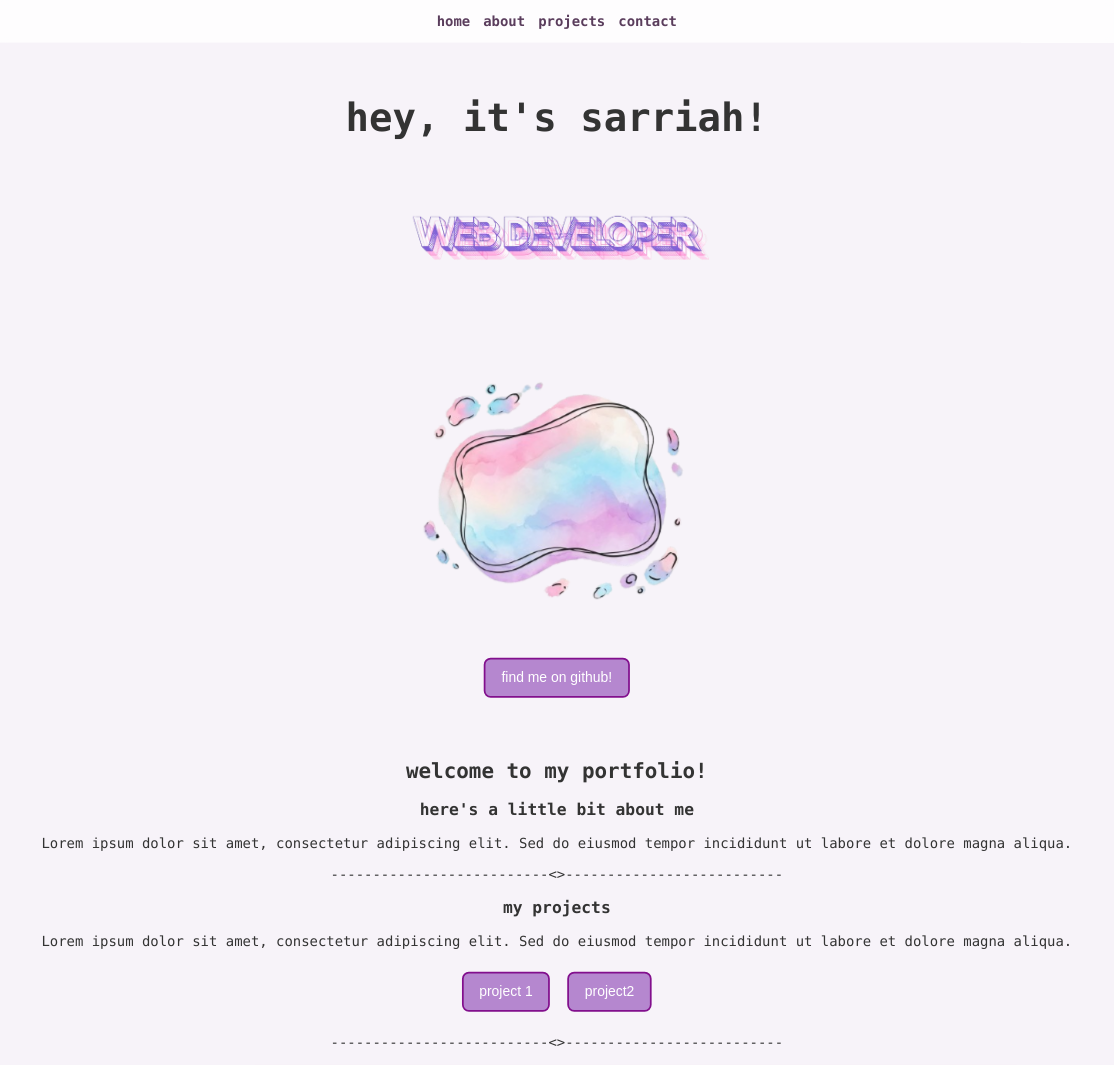
Repository: sarriah/sarriah
Page: homepage.html
These files come from the project's save history. The page is drawn as it stood at one moment and after the next save; the edit follows.
The browser window is 1280 px wide. The pictures show the whole page, at 87% of full size.

Above is the page before, as saved 2026-05-15 19:01:32.

After the next save:
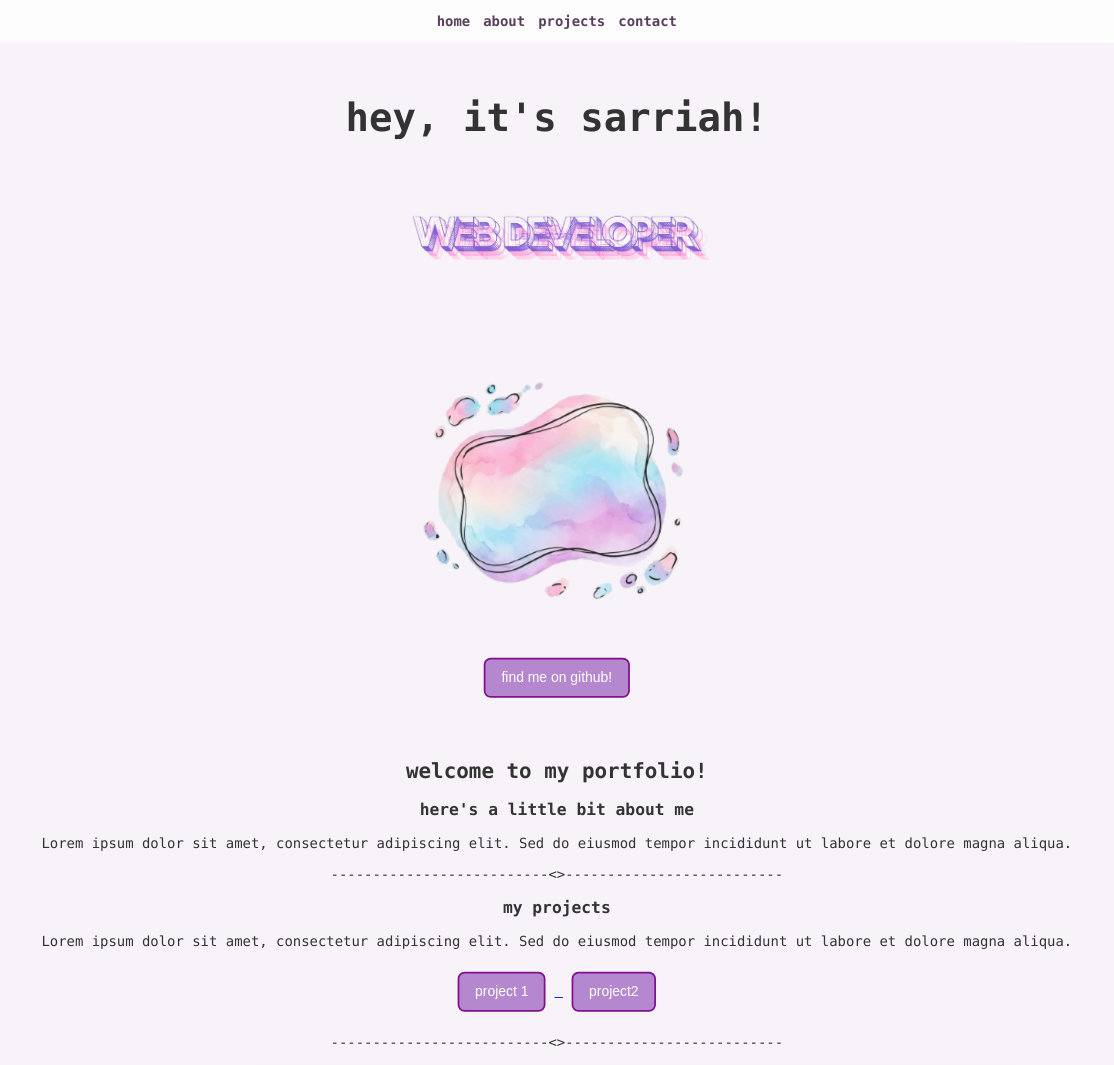
Saved 2 min 49 s later.
--- a/homepage.html
+++ b/homepage.html
@@ -46,7 +46,14 @@
         <p>--------------------------<>--------------------------</p>
         <h3>my projects</h3>
         <p>Lorem ipsum dolor sit amet, consectetur adipiscing elit. Sed do eiusmod tempor incididunt ut labore et dolore magna aliqua.</p>
-        <button>project 1</button><button>project2</button>
+
+        <!----project links-->
+        <a href="pages/project1.html">
+        <button>project 1</button>
+        </a>
+        <a href="pages/project2.html">
+        <button>project2</button>
+        </a>
 
 
 
